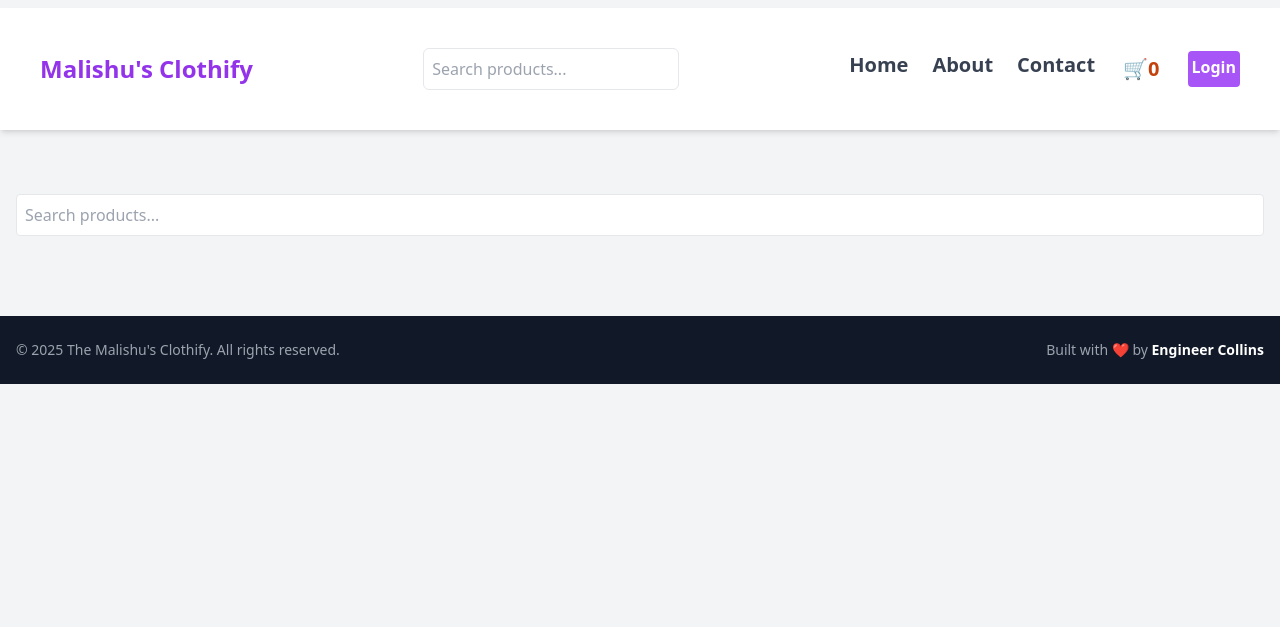
Repository: Engineer-collo/Modern-Ecommerce-Application
Page: /
The author's editor kept a copy of each file at every save. The page is drawn from the files as they stood at one save, then again after the next save.
The browser window is 1280 px wide. The pictures show the whole page.
The page's requests for data from a server got no answer. The project was rebuilt for these pictures with package versions that can differ from the ones it lists, and the page was loaded fresh each time. No one was signed in, and anything a server would have sent is missing. Also part of the build but not shown: vite.config.js, src/components/SignupForm.jsx, src/components/LoginForm.jsx, src/components/ProductCard.jsx, src/components/Contact.jsx, src/components/About.jsx, src/components/Cart.jsx.

Above is the page before, as saved 2025-05-23 16:14:20.

After the next save:
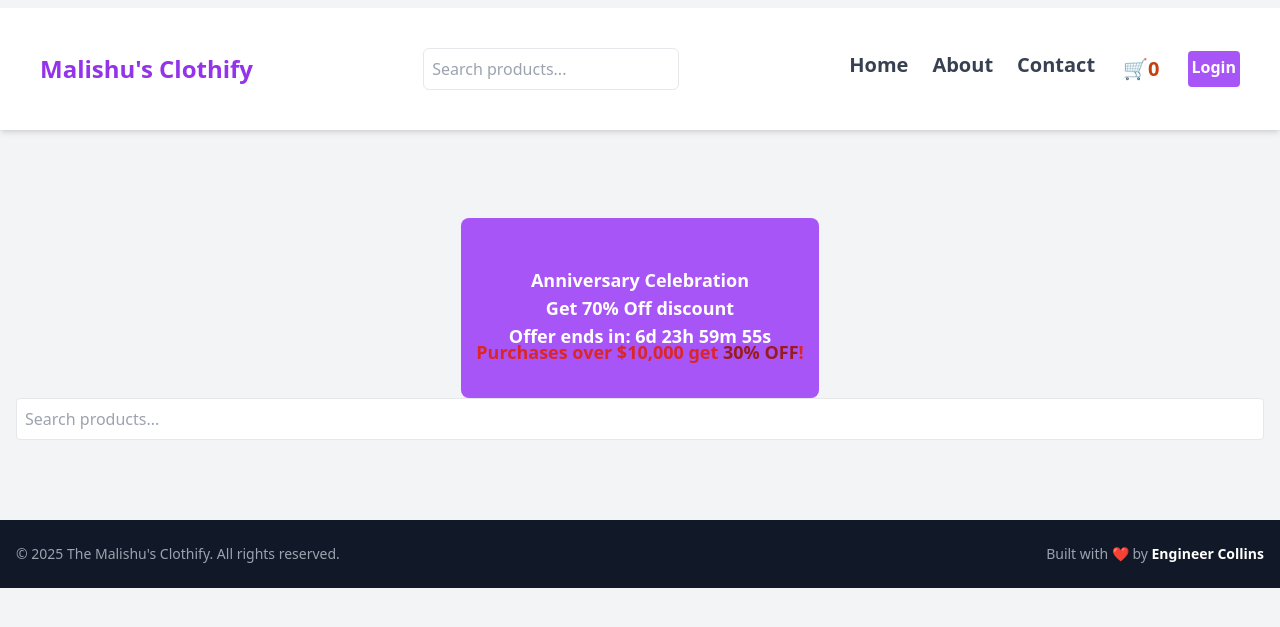
Saved 11 min 18 s later.
--- a/src/components/ProductFeed.jsx
+++ b/src/components/ProductFeed.jsx
@@ -1,5 +1,6 @@
 import React, { useEffect, useState } from "react";
 import ProductCard from "./ProductCard";
+import OfferCountdown from "./OfferCountdown"; // import your countdown component
 
 const ProductFeed = ({ addToCart }) => {
   const [products, setProducts] = useState([]);
@@ -20,6 +21,15 @@ const ProductFeed = ({ addToCart }) => {
   return (
     <>
       <div className="mt-12 p-4">
+        {/* Offer section */}
+        <div className="mb-8 text-center">
+          <OfferCountdown />
+          <p className="mt-4 text-red-600 font-bold text-lg">
+            Purchases over $10,000 get <span className="text-red-800">30% OFF</span>!
+          </p>
+        </div>
+
+        {/* Search input */}
         <input
           type="text"
           placeholder="Search products..."
@@ -28,6 +38,7 @@ const ProductFeed = ({ addToCart }) => {
           className="mb-4 p-2 w-full border rounded"
         />
 
+        {/* Products grid */}
         <div className="grid grid-cols-2 md:grid-cols-3 lg:grid-cols-4 gap-4">
           {filteredProducts.map((product) => (
             <ProductCard
